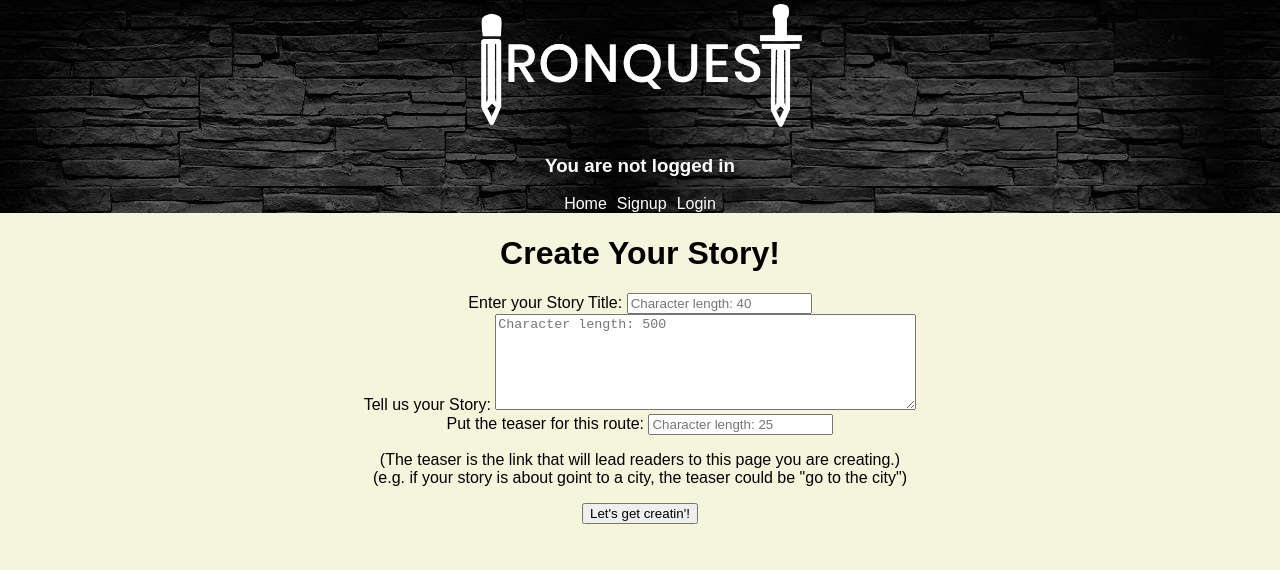
Repository: MikeTroianello/project4
Page: /createstory (app in client/)
An editor plug-in stored every save of this project. The page is shown before and after the next save, followed by the edit.
The browser window is 1280 px wide. The pictures show the whole page.
The project was rebuilt for these pictures with package versions that can differ from the ones it lists, and the page was loaded fresh each time. Also part of the build but not shown: client/src/components/pages/StoryPage.jsx, client/src/components/pages/ReadStory.jsx, client/src/components/pages/Home.jsx, client/src/components/pages/Login.jsx, client/src/components/pages/Signup.jsx, client/src/components/pages/Profile.jsx.

Above is the page before, as saved 2019-03-22 12:11:54.

After the next save:
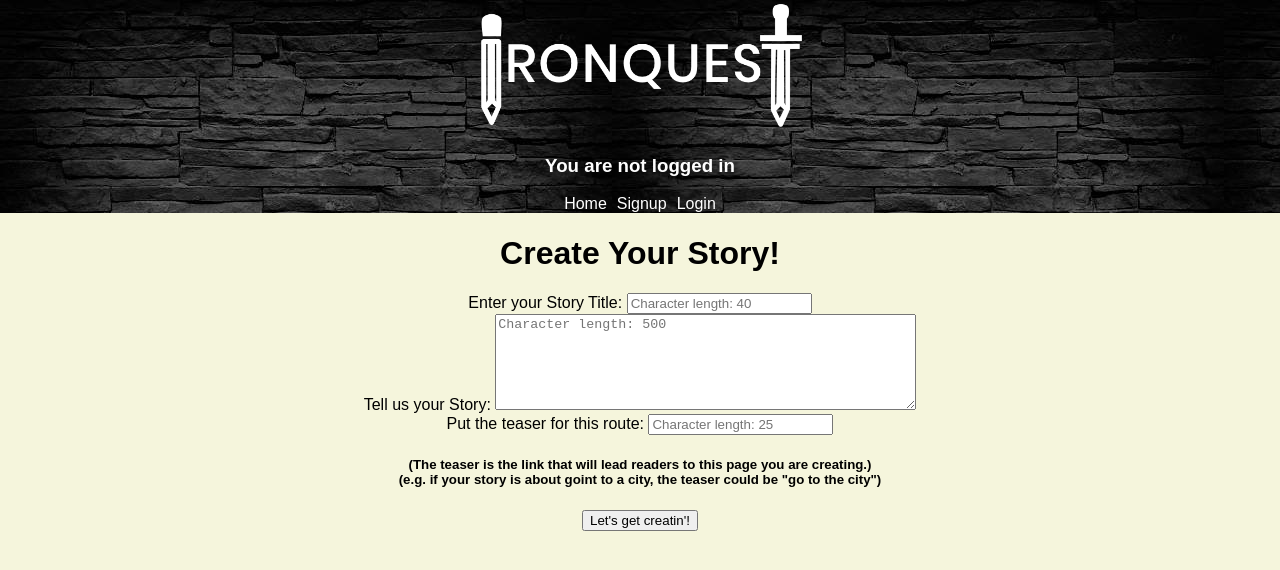
Saved 13 s later.
--- a/client/src/components/pages/CreateStory.jsx
+++ b/client/src/components/pages/CreateStory.jsx
@@ -72,8 +72,8 @@
             placeholder="Character length: 25"
             onChange={this.handleInputChange}
             /> <br></br>
-            <p>(The teaser is the link that will lead readers to this page you are creating.)<br></br>
-           (e.g. if your story is about goint to a city, the teaser could be "go to the city")</p>
+            <h5>(The teaser is the link that will lead readers to this page you are creating.)<br></br>
+           (e.g. if your story is about goint to a city, the teaser could be "go to the city")</h5>
           {/* <button onClick={(e) => this.handleClick}>Let's get creatin'!</button> */}
           <button>Let's get creatin'!</button>
 
